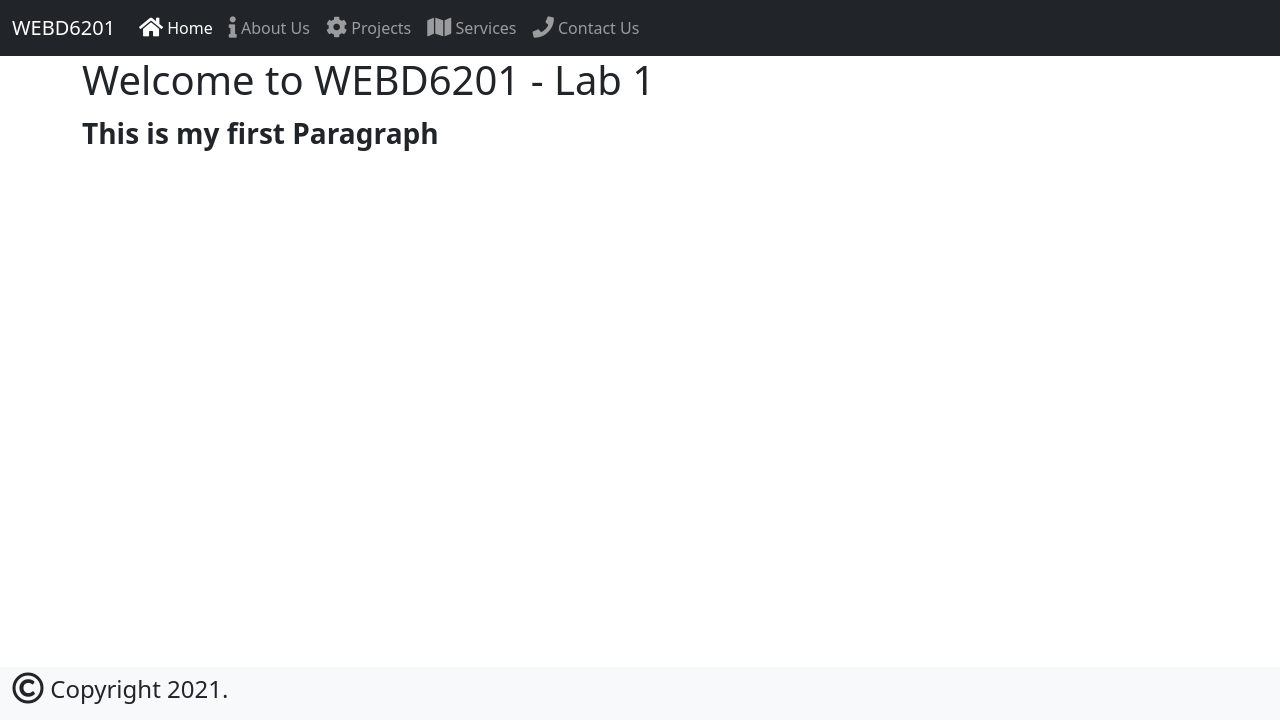
Repository: GarlicButterBoy/WEBD6201-ICE03
Page: index.html
These files come from the project's save history. The page is drawn as it stood at one moment and after the next save; the edit follows.
The browser window is 1280 px wide. The pictures show the whole page.

Above is the page before, as saved 2021-02-03 09:40:49.
Console error: ReferenceError: myVariable is not defined

### index.html
<!DOCTYPE html>
<html lang="en">
<head>
    <meta charset="UTF-8">
    <meta name="viewport" content="width=device-width, initial-scale=1.0">
    <title>Home</title>
    <!-- CSS Section -->
    <link rel="stylesheet" href="./node_modules/bootstrap/dist/css/bootstrap.min.css">
    <link rel="stylesheet" href="./node_modules/@fortawesome/fontawesome-free/css/all.min.css">
    <link rel="stylesheet" href="./Content/app.css">
</head>
<body>
    <!-- Main Header -->
    <header>
        <!-- Main Navigation -->
        <nav class="navbar navbar-expand-lg navbar-dark bg-dark">
            <div class="container-fluid">
              <a class="navbar-brand" href="index.html">WEBD6201</a>
              <button class="navbar-toggler" type="button" data-bs-toggle="collapse" data-bs-target="#navbarSupportedContent" aria-controls="navbarSupportedContent" aria-expanded="false" aria-label="Toggle navigation">
                <span class="navbar-toggler-icon"></span>
              </button>
              <div class="collapse navbar-collapse" id="navbarSupportedContent">
                <ul class="navbar-nav me-auto mb-2 mb-lg-0">
                  <li class="nav-item">
                    <a class="nav-link active" aria-current="page" href="index.html"><i class="fas fa-home fa-lg"></i> Home</a>
                  </li>

                  <li class="nav-item">
                    <a class="nav-link" aria-current="page" href="about.html"><i class="fas fa-info fa-lg"></i> About Us</a>
                  </li>

                  <li class="nav-item">
                    <a class="nav-link" aria-current="page" href="projects.html"><i class="fas fa-cog fa-lg"></i> Projects</a>
                  </li>

                  <li class="nav-item">
                    <a class="nav-link" aria-current="page" href="services.html"><i class="fas fa-map fa-lg"></i> Services</a>
                  </li>

                  <li class="nav-item">
                    <a class="nav-link" aria-current="page" href="contact.html"><i class="fas fa-phone fa-lg"></i> Contact Us</a>
                  </li>
                </ul>
              </div>
            </div>
          </nav>
    </header>

    <!-- Main Content -->
    <main class="container">
        <h1>Welcome to WEBD 6201</h1>
        <button>Click here</button>
        <p id="paragraphOne"></p>
    </main>

    <!-- Main Footer -->
    <footer>
        <nav class="navbar fixed-bottom navbar-light bg-light">
            <div class="container-fluid">
              <h4><i class="far fa-copyright fa-lg"></i> Copyright 2021.</h4>
            </div>
          </nav>
    </footer>

    <!-- Script Section-->
    <script src="./node_modules/jquery/dist/jquery.min.js"></script>
    <script src="./node_modules/bootstrap/dist/js/bootstrap.bundle.min.js"></script>
    <script src="./Scripts/app.js"></script>
</body>
</html>

### Scripts/app.js
/* custom JavaScript goes here */

//IIFE - Immediately Invoked Function Expression
//AKA - Anonymous Self-Executing Function
//Closure - limits scope leak

"use strict";
/* Example of a class being created with brand new functions
let myContact =
{
  "firstName":"Nick SF",
  "contactNumber":"905-123-4567",
  "emailAddress":"email@test.com",
  "saysHello":function() { console.log(`${fullName} says Hello!`); },
  "someOtherObject":{  "friendsList":["Tony", "Stephen", "Peter"]  }

};*/



let myDocument = $(function()
{
     return { myVariable}
});

(function()
{
    function displayHome()
    {

      $("button").on("mouseover", function(){
        console.log("JQuery Click");
      });

      let myButton = document.querySelectorAll("button")[1];
      myButton.addEventListener("click", () => {
        console.log("Button Clicked!");
      });

      console.log(myButton);

        let paragraphOneText =
          "This is a simple site to demonstrate DOM Manipulation for ICE 1";

        let paragraphOneElement = document.getElementById("paragraphOne");

        paragraphOneElement.textContent = paragraphOneText;
        paragraphOneElement.className = "fs-5";

        // Step 1. document.createElement
        let newParagraph = document.createElement("p");
        // Step 2. configure the element
        newParagraph.setAttribute("id", "paragraphTwo");
        newParagraph.textContent = "...And this is paragraph two";
        // Step 3. select the parent element
        let mainContent = document.getElementsByTagName("main")[0];
        // Step 4. Add / Insert the element
        mainContent.appendChild(newParagraph);

        newParagraph.className = "fs-6";

        // another way of injecting content
        let paragraphDiv = document.createElement("div");
        let paragraphThree = `<p id="paragraphThree" class="fs-7 fw-bold">And this is the Third Paragraph</p>`;
        paragraphDiv.innerHTML = paragraphThree;

        // insertions

        // example of inserting before a node
        //newParagraph.before(paragraphDiv);

        // example of inserting after a node
        newParagraph.after(paragraphDiv);

        // deletions

        // example of removing a single element
        //paragraphOneElement.remove();

        // example of removeChild
        mainContent.removeChild(paragraphOneElement);

        // update / modification
        //mainContent.firstElementChild.textContent = "Welcome Home!";

        mainContent.innerHTML = `<h1 id="firstHeading">Welcome to WEBD6201 - Lab 1</h1>
         <p id="paragraphOne" class="fs-3 fw-bold">This is my first Paragraph</p>
        `;

    }

    function displayAbout()
    {

    }

    function displayProjects()
    {

    }

    function displayServices()
    {

    }

    function displayContact()
    {
        let messageArea = document.getElementById("messageArea");
        messageArea.hidden = true;

        // form validation
        let fullName = document.getElementById("fullName");
        fullName.addEventListener("blur", function() {
            if(fullName.value.length < 2)
            {
                fullName.focus();
                fullName.select();
                messageArea.hidden = false;
                messageArea.className = "alert alert-danger";
                messageArea.textContent = "Please enter an appropriate Name";
            }
            else
            {
                messageArea.removeAttribute("class");
                messageArea.hidden = true;
            }
        });

        let sendButton = document.getElementById("sendButton");
        sendButton.addEventListener("click", function(event){
            //event.preventDefault();
            let contact = new Contact(fullName.value, contactNumber.value, emailAddress.value);
            console.log(contact.serialize());

            if(contact.serialize()) //checking if the serialized object exists
            {
              localStorage.setItem((localStorage.length + 1).toString(), contact.serialize());
            }

            fullName.value = "";
            contactNumber.value = "";
            emailAddress.value = "";
        });
    }
    function displayContactList()
    {

      if(localStorage.length > 0)
      {
        let contactList = document.getElementById("contactList");

        let data = "";

        for (let index = 0; index < localStorage.length; index++)
        {
          let contactData = localStorage.getItem((index + 1).toString());

          console.log(contactData);

          let contact = new Contact();
          contact.deserialize(contactData);

          data += `<tr>
                  <th scope="row">${index + 1}</th>
                  <td>${contact.FullName}</td>
                  <td>${contact.ContactNumber}</td>
                  <td>${contact.EmailAddress}</td>
                  </tr>`;
        }

        contactList.innerHTML = data;
      }


    }

    function Start()
    {
        console.log("App Started...");

        switch (document.title)
        {
          case "Home":
              displayHome();
            break;
          case "About":
              displayAbout();
            break;
          case "Projects":
              displayProjects();
            break;
          case "Services":
              displayServices();
            break;
          case "Contact":
              displayContact();
            break;
          case "Contact-List":
              displayContactList();
            break;
        }

    }

    window.addEventListener("load", Start);

})();

Loaded but not shown: node_modules/bootstrap/dist/css/bootstrap.min.css (library); node_modules/@fortawesome/fontawesome-free/css/all.min.css (library); Content/app.css (common file); node_modules/jquery/dist/jquery.min.js (library); node_modules/bootstrap/dist/js/bootstrap.bundle.min.js (library)

After the next save:
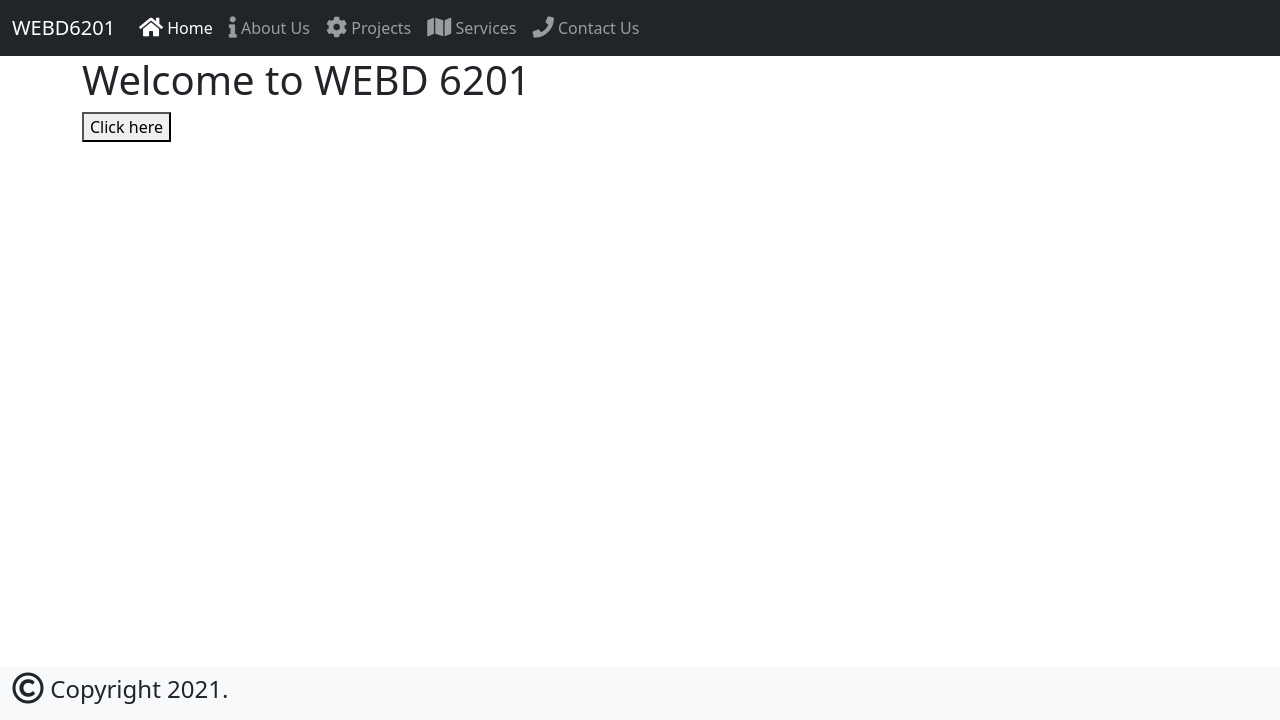
Console error: SyntaxError: Unexpected string
Saved 7 s later.
--- a/Scripts/app.js
+++ b/Scripts/app.js
@@ -20,7 +20,7 @@
 
 let myDocument = $(function()
 {
-     return { myVariable}
+     return { "myVariable" }
 });
 
 (function()

After the save that followed:
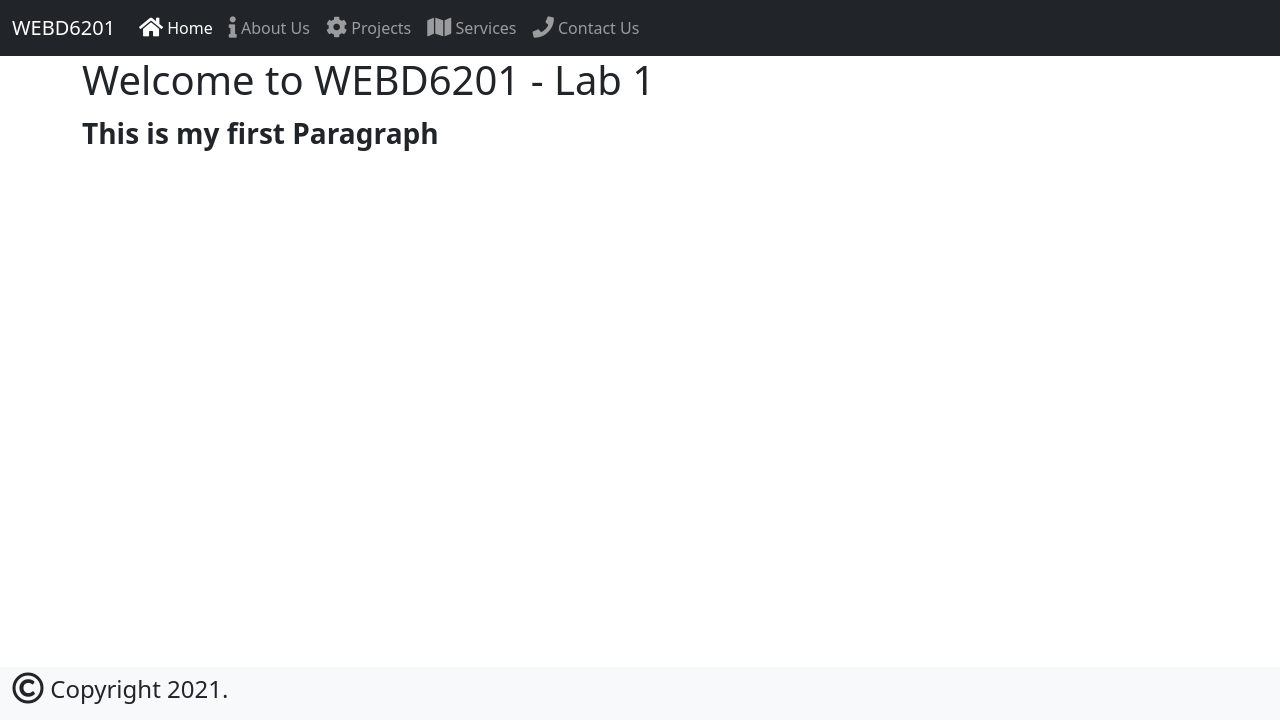
The error is gone.
Saved 7 s later.
--- a/Scripts/app.js
+++ b/Scripts/app.js
@@ -20,7 +20,7 @@
 
 let myDocument = $(function()
 {
-     return { "myVariable" }
+     return { "myVariable": 10 }
 });
 
 (function()
